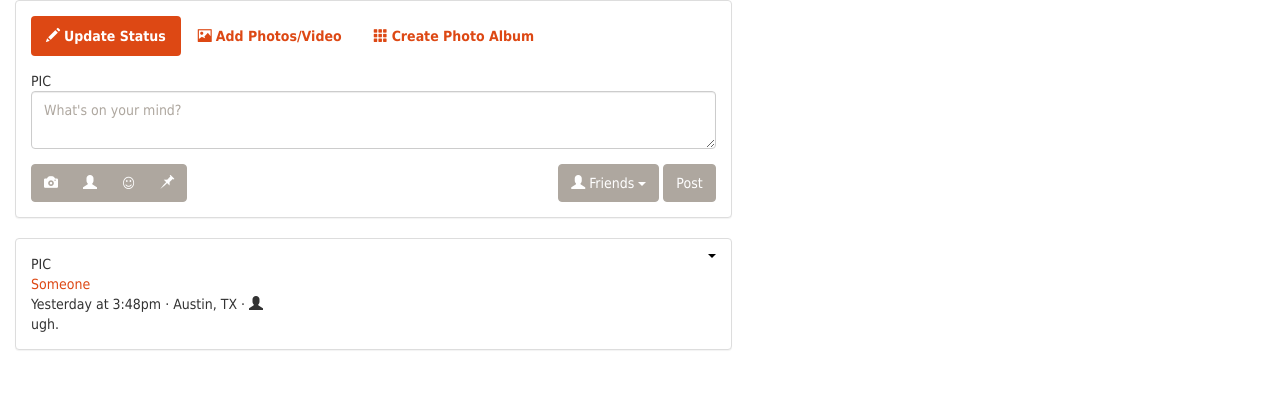
Repository: harshagithub19/news_feed
Page: fbapp3/src/main/webapp/statuscheck.html
These files come from the project's save history. The page is drawn as it stood at one moment and after the next save; the edit follows.
The browser window is 1280 px wide. The pictures show the whole page.
Some web fonts or font styles are not loaded; a fallback is used. Some web libraries are served in a nearby version.

Above is the page before, as saved 2017-03-02 04:29:11.

### fbapp3/src/main/webapp/statuscheck.html
<!DOCTYPE html>
<html>
<head>
<meta charset="UTF-8">
<meta http-equiv="Content-Type" content="text/html; charset=ISO-8859-1">


<script src="https://ajax.googleapis.com/ajax/libs/jquery/3.1.1/jquery.min.js"></script>
<script src="https://ajax.googleapis.com/ajax/libs/jquery/3.1.1/jquery.ui.min.js"></script>
<script src="https://maxcdn.bootstrapcdn.com/bootstrap/3.3.7/js/bootstrap.min.js"></script>
<script type="text/javascript" src="http://cdn.jsdelivr.net/jquery.cookie/1.3.1/jquery.cookie.js"></script>
<link href="bootstrap/css/bootstrap.css" rel="stylesheet" />
<link href="assets/css/bootstrap-united.css" rel="stylesheet" />



<style type="text/css">
</style>
<title>Insert title here</title>
</head>
<body>


<!-- Main feed: A cell that spans 7 columns -->
<div class="col-md-7">
  <!-- Status update entry -->
  <div class="panel panel-default">
    <div class="panel-body">

	    <ul class="nav nav-pills">
	      <li role="presentation" class="active">
	        <a href="#"><span class="glyphicon glyphicon-pencil"></span> <strong>Update Status</strong></a>
	      </li>
	      <li role="presentation">
	        <a href="#"><span class="glyphicon glyphicon-picture"></span> <strong>Add Photos/Video</strong></a>
	      </li>
	      <li role="presentation">
	        <a href="#"><span class="glyphicon glyphicon-th"></span> <strong>Create Photo Album</strong></a>
	      </li>
	    </ul>

        <div class="media">
			  <div class="media-left media-top">
			    PIC
			  </div>
			  <div class="media-body">
			    <div class="form-group">
			      <!-- rows="2" means "display the textarea as 2 rows high". The user can
			           enter more than 2 rows of text. -->
			      <textarea class="form-control" rows="2" placeholder="What's on your mind?"></textarea>
			    </div>
			  </div>
       </div>

      <div class="row">
		  <div class="col-md-6">
		    <div class="btn-group" role="group">
		      <button type="button" class="btn btn-default">
		        <span class="glyphicon glyphicon-camera"></span>
		      </button>
		      <button type="button" class="btn btn-default">
		        <span class="glyphicon glyphicon-user"></span>
		      </button>
		      <button type="button" class="btn btn-default">
		        ☺
		      </button>
		      <button type="button" class="btn btn-default">
		        <span class="glyphicon glyphicon-pushpin"></span>
		      </button>
		    </div>
		  </div>
		  <div class="col-md-6">
		    <div class="pull-right">
		      <button type="button" class="btn btn-default">
		        <span class="glyphicon glyphicon-user"></span> Friends <span class="caret"></span>
		      </button>
		      <button type="button" class="btn btn-default">
		        Post
		      </button>
		    </div>
		  </div>
     </div>




    </div>
  </div>
  <!-- Status update #1 -->
  <div class="panel panel-default">
  <div class="panel-body">
    <!-- Post metadata -->
    <div class="row">
      <div class="col-md-10">
        <div class="media">
          <div class="media-left media-top">PIC</div>
          <div class="media-body">
            <a href="#">Someone</a>
            <br> Yesterday at 3:48pm · Austin, TX · <span class="glyphicon glyphicon-user"></span>
          </div>
        </div>
      </div>
      <div class="col-md-2">
        <span class="caret pull-right"></span>
      </div>
    </div>
    <!-- Post content -->
    <div class="row">
      <div class="col-md-12">
        ugh.
      </div>
    </div>
  </div>
</div>

</div>





</body>
</html>

Loaded but not shown: fbapp3/src/main/webapp/bootstrap/css/bootstrap.css (library); fbapp3/src/main/webapp/assets/css/bootstrap-united.css (library)

After the next save:
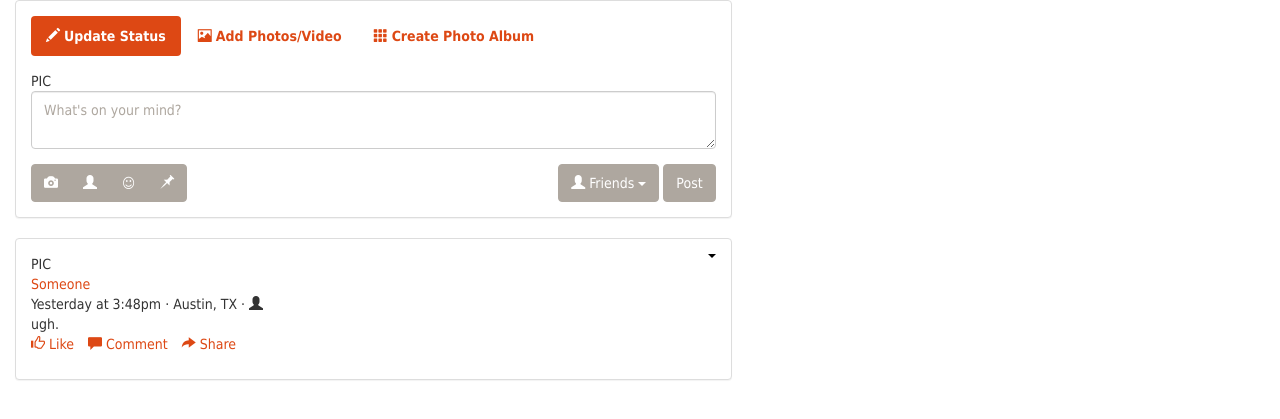
Saved 105 s later.
--- a/fbapp3/src/main/webapp/statuscheck.html
+++ b/fbapp3/src/main/webapp/statuscheck.html
@@ -110,6 +110,22 @@
         ugh.
       </div>
     </div>
+
+  <div class="row">
+		  <div class="col-md-12">
+		    <ul class="list-inline">
+		      <li>
+		      <a href="#"><span class="glyphicon glyphicon-thumbs-up"></span> Like</a>
+		      </li>
+		      <li>
+		      <a href="#"><span class="glyphicon glyphicon-comment"></span> Comment</a>
+		      </li>
+		      <li>
+		      <a href="#"><span class="glyphicon glyphicon-share-alt"></span> Share</a>
+		      </li>
+		    </ul>
+		  </div>
+</div>
   </div>
 </div>
 
